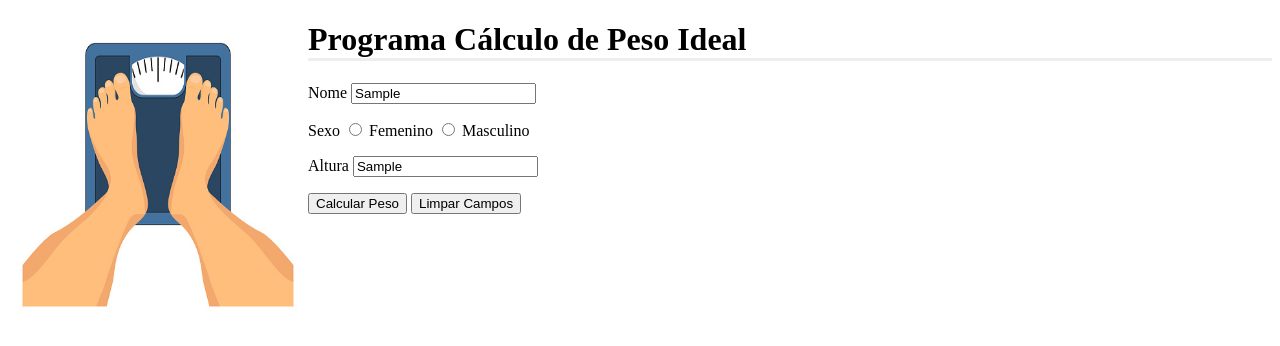
Repository: JhonMercedes/Javascript-book
Page: cap3/ex3_2.html
An editor plug-in stored every save of this project. The page is shown before and after the next save, followed by the edit.
The browser window is 1280 px wide. The pictures show the whole page.
Empty fields were first filled with sample values (such as "Sample", 5 or name@example.com).
After loading, the first visible `#btLimpar` was clicked once.

Above is the page before, as saved 2021-12-12 00:15:51.
Console error: TypeError: document.getElementByName is not a function

### cap3/ex3_2.html
<!DOCTYPE html>
<html lang="pt-br">
<head>
    <meta charset="UTF-8">
    <meta http-equiv="X-UA-Compatible" content="IE=edge">
    <meta name="viewport" content="width=device-width, initial-scale=1.0">
    <link rel="stylesheet" href="./css/style.css">
    <title>Exemplo 3.2</title>
</head>
<body>

    <img src="./img/balanca.jpg" alt="balanca png">

    <h1>Programa Cálculo de Peso Ideal</h1>
    <p>Nome
        <input type="text" id="inNome">
    </p>
    <p>Sexo
        <input type="radio" name="sexo" id="rbFem" > Femenino
        <input type="radio" name="sexo" id="rbMasc"> Masculino
    </p>
    <p>Altura
        <input type="text" id="inAltura">
    </p>

    <input type="button" value="Calcular Peso" id="btCalcularPeso">
    <input type="button" value="Limpar Campos" id="btLimpar">

    <h3 id="outResultado"></h3>

    <script src="./js/ex3_2.js"></script>
</body>
</html>

### cap3/css/style.css
img {
    float: left;
    height: 300px;
    width: 300px;
}

h1{
    border-bottom-style: inset;
}

### cap3/js/ex3_2.js
function calcularPeso() {

    // cria ref aso elementos manipulados
    var inNome = document.getElementById("inNome");
    var rbFem = document.getElementById("rbFem");
    var rbMasc = document.getElementById("rbMasc");
    var inAltura = document.getElementById("inAltura");
    var outResultado = document.getElementById("outResultado");

    //obtém o conteudo e joga em uma variavel
    var nome = inNome.value;
    var fem = rbFem.checked;
    var masc = rbMasc.checked;
    var altura = Number(inAltura.value);

    //verificar se o nome foi preenchido e o sexo foi selecionado
    if (nome == "" || (fem == false && masc == false)) {
        alert("Por favor, informe o nome e selecione o sexo...")
        inNome.focus(); // posiciona (joga o foco) no campo de edição inNome
        return;
}

    /*se altura vazio(0) ou NaN: Not-a-number (um texto for informado
       por exemplo)
    */
    if(altura == 0 || isNaN(altura)){
        alert("Por favor, informe altura corretamente");
        inAltura.focus();
        return;
    }

    // se masculino == true
    if (masc) {
        var peso = 22 * Math.pow(altura, 2); //Math.pow eleva ao quadrado
    }else {
        var peso = 21 * Math.pow(altura, 2);
    }

    //apresenta a resposta
    outResultado.textContent = nome + ": seu peso idela é " + peso.toFixed(3) + " kg";
}

var btCalcularPeso = document.getElementById("btCalcularPeso");
btCalcularPeso.addEventListener("click", calcularPeso);

function limparCampos () {
    document.getElementByName("inNome").value ="";
    document.getElementByName("rbFem").checked = false;
    document.getElementByName("rbMasc").checked = false;
    document.getElementByName("inAltura").value = "";
    document.getElementByName("outResultado").value = "";
    // foco ao recarregar pagina inNome
    document.getElementByName("inNome").focus();

}
var btLimpar = document.getElementById("btLimpar");
btLimpar.addEventListener("click",limparCampos);

After the next save:
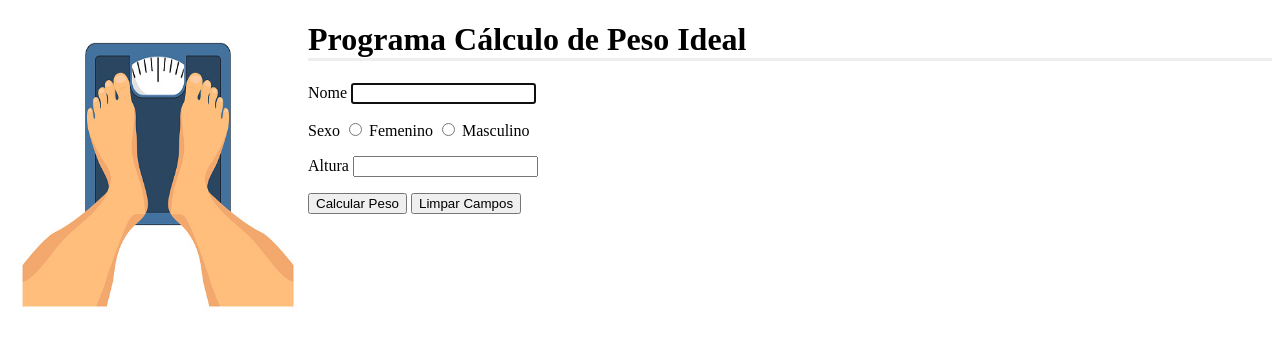
The error is gone.
Saved 53 s later.
--- a/cap3/js/ex3_2.js
+++ b/cap3/js/ex3_2.js
@@ -44,13 +44,13 @@ var btCalcularPeso = document.getElementById("btCalcularPeso");
 btCalcularPeso.addEventListener("click", calcularPeso);
 
 function limparCampos () {
-    document.getElementByName("inNome").value ="";
-    document.getElementByName("rbFem").checked = false;
-    document.getElementByName("rbMasc").checked = false;
-    document.getElementByName("inAltura").value = "";
-    document.getElementByName("outResultado").value = "";
+    document.getElementById("inNome").value ="";
+    document.getElementById("rbFem").checked = false;
+    document.getElementById("rbMasc").checked = false;
+    document.getElementById("inAltura").value = "";
+    document.getElementById("outResultado").value = "";
     // foco ao recarregar pagina inNome
-    document.getElementByName("inNome").focus();
+    document.getElementById("inNome").focus();
 
 }
 var btLimpar = document.getElementById("btLimpar");
